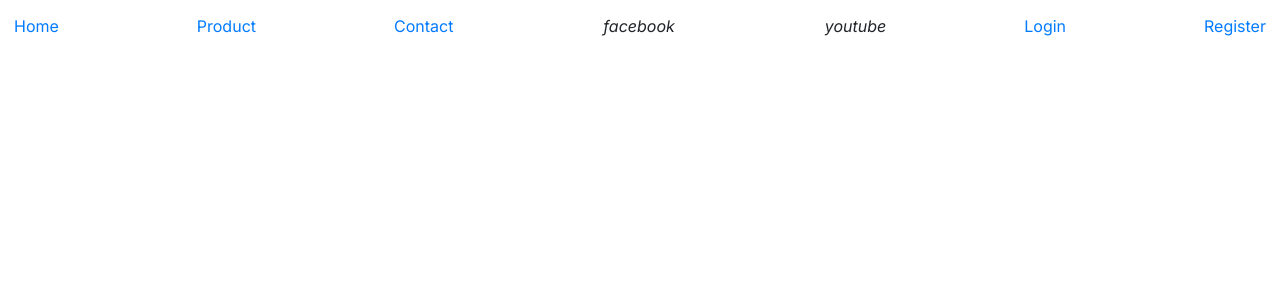
Repository: bao2222/hoc-lam-web
Page: About-me.html
These files come from the project's save history. The page is drawn as it stood at one moment and after the next save; the edit follows.
The browser window is 1280 px wide. The pictures show the whole page.
Some web fonts or font styles are not loaded; a fallback is used.

Above is the page before, as saved 2025-01-23 16:18:14.

### About-me.html
<!DOCTYPE html>
<html lang="en">
    <head>
        <title>About me</title>
        <meta charset="UTF-8">
        <link rel="name" href="welcome.html" type="text/html">
        <link rel="name" href="login.html" type="text/html">
        <link rel="name" href="logout.html" type="text/html">
        <link rel="stylesheet" href="style.css" type="text/css">
        <script src="project.js"></script>
        <link rel="stylesheet" href="https://cdnjs.cloudflare.com/ajax/libs/font-awesome/4.7.0/css/font-awesome.min.css">
        <link rel="stylesheet" href="https://maxcdn.bootstrapcdn.com/bootstrap/4.5.2/css/bootstrap.min.css">
        <script src="https://ajax.googleapis.com/ajax/libs/jquery/3.5.1/jquery.min.js"></script>
        <script src="https://cdnjs.cloudflare.com/ajax/libs/popper.js/1.16.0/umd/popper.min.js"></script>
        <script src="https://maxcdn.bootstrapcdn.com/bootstrap/4.5.2/js/bootstrap.min.js"></script>
        <link rel="preconnect" href="https://fonts.googleapis.com">
        <link rel="preconnect" href="https://fonts.gstatic.com" crossorigin>
        <link href="https://fonts.googleapis.com/css2?family=Inter+Tight:ital,wght@0,100..900;1,100..900&family=Inter:ital,opsz,wght@0,14..32,100..900;1,14..32,100..900&display=swap" rel="stylesheet">



    </head>

    <body>
        <header>
            <div>
                <div class="b-menu">
                    <a href="b1.html">Home</a>
                    <a href="b2.html">Product</a>
                    <a href="b3.html">Contact</a>
                    <a><i class="fa-brands fa-facebook">facebook</i></a>
                    <a><i class="fa-brands fa-youtube">youtube</i></a>
                    <a href="login.html">Login</a>
                    <a href="logout.html">Register</a>

                </div>











            </div>


        </header>
        <nav></nav>
        <footer></footer>



    </body>
</html>

### style.css
*{
    box-sizing: border-box;
    margin: 0;
    padding: 0;
    font-family: 'Inter', sans-serif;
}
.google-header{
    font-family: 'Poppins', sans-serif;
}
header{
    display: flex;
    justify-content: space-between;
    padding: 14px;
    gap: 14px;
}
.b-menu{
    display:flex;
    justify-content: space-between;
    align-items: center ;
    gap: 14;
}

Loaded but not shown: project.js (no stored copy; drawn as an empty file)

After the next save:
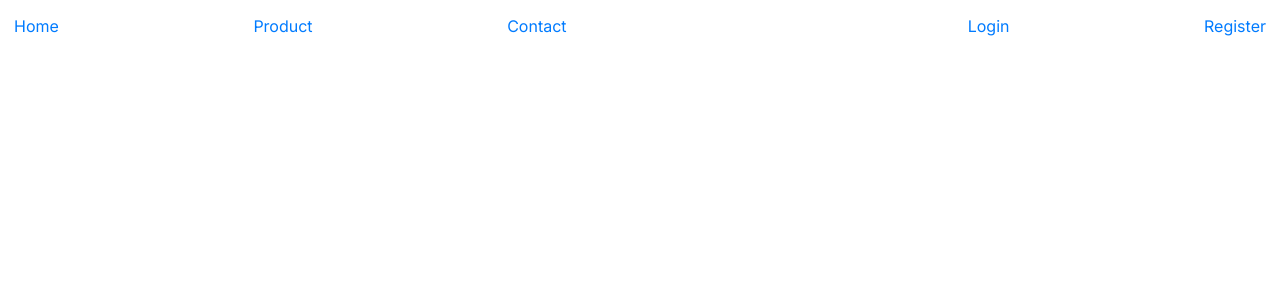
Saved 85 s later.
--- a/About-me.html
+++ b/About-me.html
@@ -28,8 +28,9 @@
                     <a href="b1.html">Home</a>
                     <a href="b2.html">Product</a>
                     <a href="b3.html">Contact</a>
-                    <a><i class="fa-brands fa-facebook">facebook</i></a>
-                    <a><i class="fa-brands fa-youtube">youtube</i></a>
+                    <a>
+                        <i class="fa-brands fa-facebook"></i>
+                    </a>
                     <a href="login.html">Login</a>
                     <a href="logout.html">Register</a>
 
